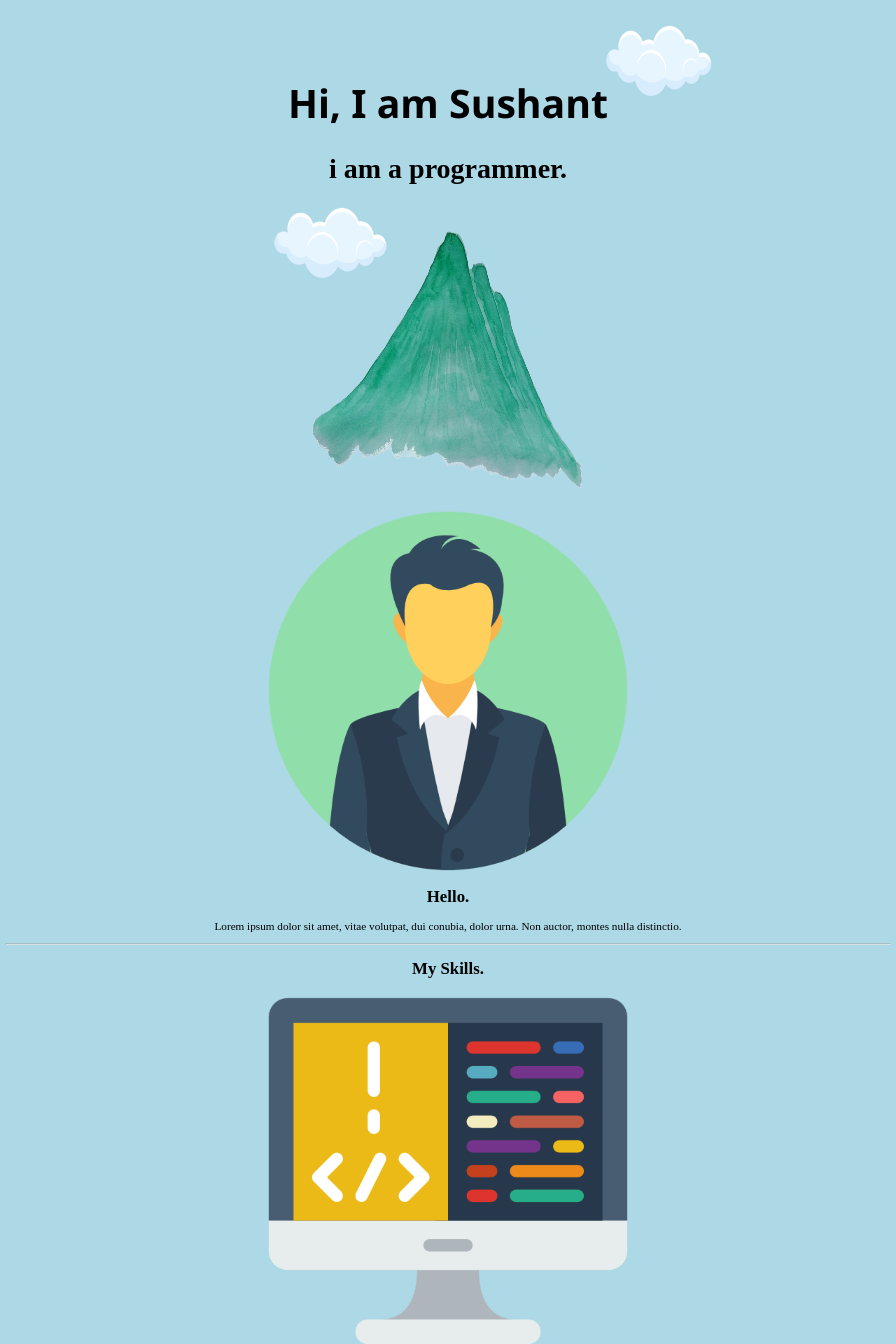
Repository: Sushant203/myPersonalSite
Page: index.html
The author's editor kept a copy of each file at every save. The page is drawn from the files as they stood at one save, then again after the next save.
The browser window is 1280 px wide. The pictures show the part of the page from y = 0 to 1920 px (the page is 2864 px tall before and 2906 px after), at 70% of full size.

Above is the page before, as saved 2022-12-09 19:28:37.

### index.html
<!DOCTYPE html>
<html lang="en">

<head>
    <meta charset="UTF-8">
    <meta http-equiv="X-UA-Compatible" content="IE=edge">
    <meta name="viewport" content="width=device-width, initial-scale=1.0">
    <title>Document</title>
    <link rel="stylesheet" href="\css\style.css">
    <link rel="favicon" href="favicon.ico">
</head>

<body>
    <div class="container">
        <div>
            <img class="top-cloud" src="cloud.png" alt="upper-cloud">
        </div>
        <div class="header-text">
            <h1>Hi, I am Sushant</h1>
            <h2>i am a programmer.</h2>
        </div>
        <div>
            <img class="bottom-cloud" src="cloud.png" alt="lower cloud">
            <img class="mountain-image" src="mountain-1.png" alt="mountain img">
        </div>
        <!-- middle and end parts -->
        <div class="middle-container">
            <!-- profile section -->
            <div class="profile">
              <img src="profile.png" alt="profile picture">
              <h2>Hello.</h2>
              <p>Lorem ipsum dolor sit amet, vitae volutpat, dui conubia, dolor urna. Non auctor, montes nulla distinctio.</p>
            </div>
            <hr>
            <!-- skill section -->
            <div class="skills">
              <h2>My Skills.</h2>
              <div class="skill-row">
                <img class="" src="skill1.png" alt="coding">
                <h3>Frontend Programmer</h3>
                <p>Lorem ipsum dolor sit amet, quis in duis, iaculis id felis. Consectetuer vestibulum, nunc urna lectus, erat ligula. Hendrerit nam, lectus ante, ut lorem eros.</p>
              </div>
              <div class="skill-row">
                <img class="" src="skill2.png" alt="programmer">
                <h3>Web Designer</h3>
                <p>Lorem ipsum dolor sit amet, mauris sed consectetuer. Etiam et eu, bibendum interdum, lacus quis mauris. Curabitur wisi, quisque vel eu, rutrum nam.</p>
              </div>
            </div>
            <hr>
            <!-- contact section -->
            <div class="contact-me">
              <h2>Get In Touch</h2>
              <h3>Lorem ipsum dolor sit amet, non elit.</h3>
              <p>Lorem ipsum dolor sit amet, in quis, aenean amet. Phasellus sodales, tellus donec dui, ornare erat.</p>
              <a class="btn" href="mailto:clashofgames229@gmail.com">CONTACT ME</a>
            </div>
          </div>

          <!-- bottom section -->
          <div class="bottom-container">
            <a class="footer-link" href="https://www.facebook.com/">Facebook</a>
            <a class="footer-link" href="https://www.instagram.com/">Instagram</a>
            <a class="footer-link" href="https://www.appbrewery.co/">Website</a>
            <p>© Sushant Shrestha</p>
          </div>

    </div>


</body>

</html>

### css/style.css
body{
    background-color: lightblue;

    }

.container{
    margin:  0;
    position: relative;
    text-align: center;
    padding-top: 100px;

}

.top-cloud{
    height: 100px;
    width: 150px;
    position: absolute;
    top: 4vh;
   right: 20vw;
}

.header-text{
display: inline-block;
/* position: absolute; */
/* margin: 70px; */
}

.header-text h1{
    font-family: 'Segoe UI', Tahoma, Geneva, Verdana, sans-serif;
    font-size: 3.5rem;
    margin:  auto auto;
}

.header-text h2{
    font-family:cursive;
    font-size: 2.5rem;
}

.bottom-cloud{
    height: 100px;
    width: 160px;
    position: absolute;
    /* top: 35vh; */
    left: 30vw;
}

.mountain-image{

    height: 430px;
    width: 400px;
}

After the next save:
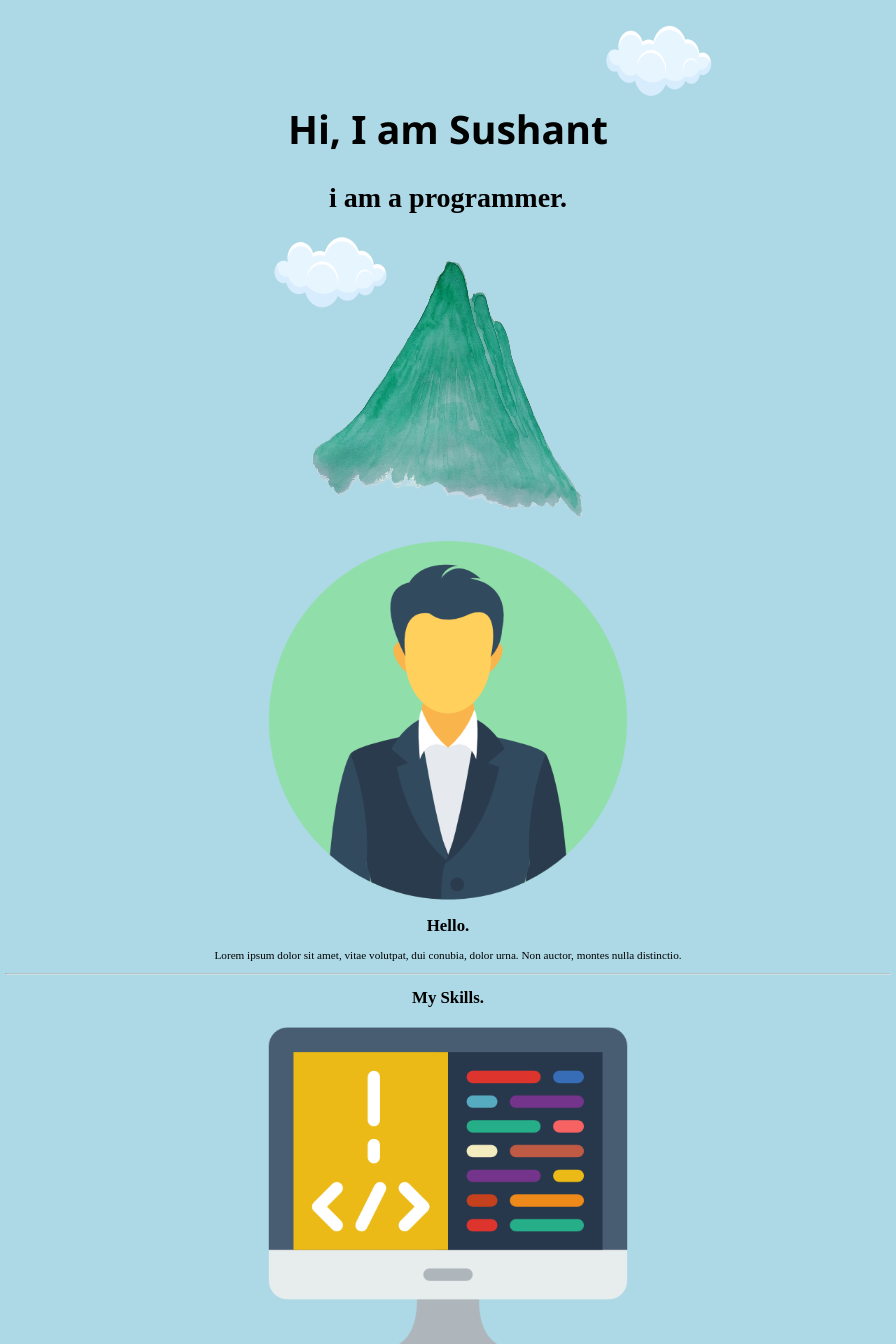
Saved 4 s later.
--- a/css/style.css
+++ b/css/style.css
@@ -28,7 +28,7 @@
 .header-text h1{
     font-family: 'Segoe UI', Tahoma, Geneva, Verdana, sans-serif;
     font-size: 3.5rem;
-    margin:  auto auto;
+    margin: 90 auto auto;
 }
 
 .header-text h2{

After the save that followed:
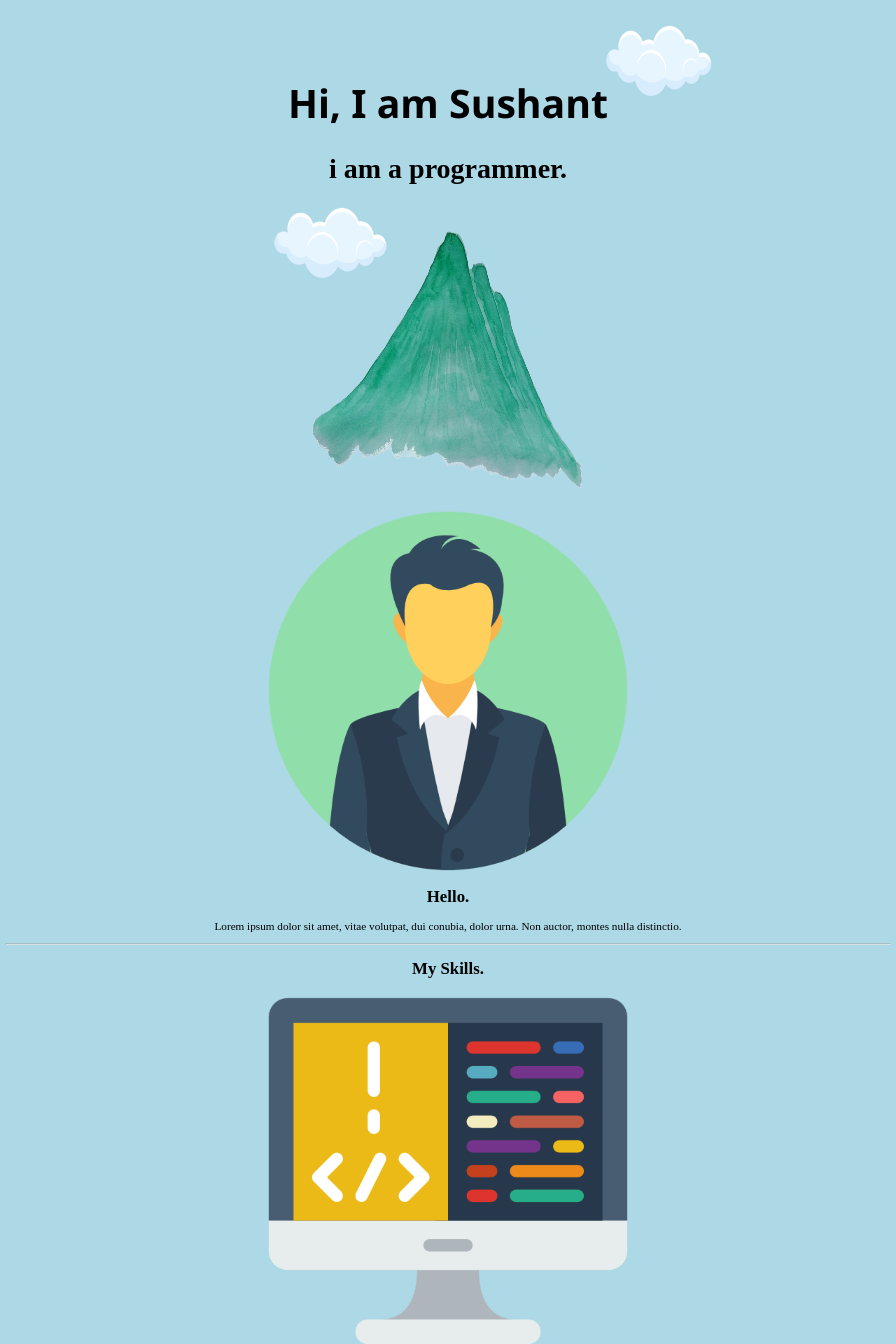
Saved 8 s later.
--- a/css/style.css
+++ b/css/style.css
@@ -28,7 +28,7 @@
 .header-text h1{
     font-family: 'Segoe UI', Tahoma, Geneva, Verdana, sans-serif;
     font-size: 3.5rem;
-    margin: 90 auto auto;
+    margin:  auto auto;
 }
 
 .header-text h2{
